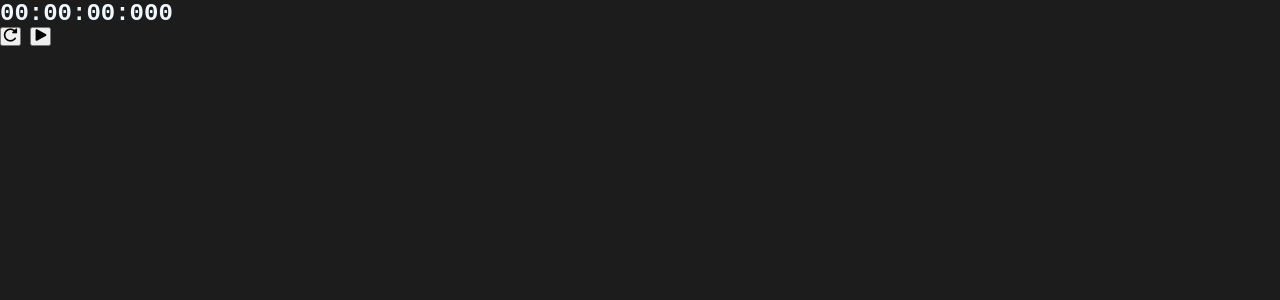
Repository: ValdemarCaculo/TEMPORIZADOR
Page: index.html
These files come from the project's save history. The page is drawn as it stood at one moment and after a run of saves; the edit follows.
The browser window is 1280 px wide. The pictures show the whole page.
Some web libraries are served in a nearby version.

Above is the page before, as saved 2025-12-06 14:14:35.

### index.html
<!DOCTYPE html>
<html lang="en">

<head>
    <meta charset="UTF-8">
    <meta name="viewport" content="width=device-width, initial-scale=1.0">
    <link rel="stylesheet" href="/CSS/style.css">
    <link rel="stylesheet" href="https://cdnjs.cloudflare.com/ajax/libs/font-awesome/7.0.1/css/all.min.css" integrity="sha512-2SwdPD6INVrV/lHTZbO2nodKhrnDdJK9/kg2XD1r9uGqPo1cUbujc+IYdlYdEErWNu69gVcYgdxlmVmzTWnetw==" crossorigin="anonymous" referrerpolicy="no-referrer" />
    <title>Temporizador</title>
</head>

<body>
    <div class="contador">

        <h2 id="time">00:00:00:000</h2>
    </div>

    <div class="content">

        <button id="reset">
            <i class="fa-solid fa-rotate-right"></i>
        </button>
        <button id="inicio" action="start"><i class="fa-solid fa-play"></i></button>

    </div>

</body>

</html>

### CSS/style.css
* {
    margin: 0;
    padding: 0;
    box-sizing: border-box;
    font-family: 'Courier New', Courier, monospace;
}

body {
    display: flex;
    flex-direction: column;
    background-color: #1c1c1c;
    color: aliceblue;
}

After the next 2 saves:
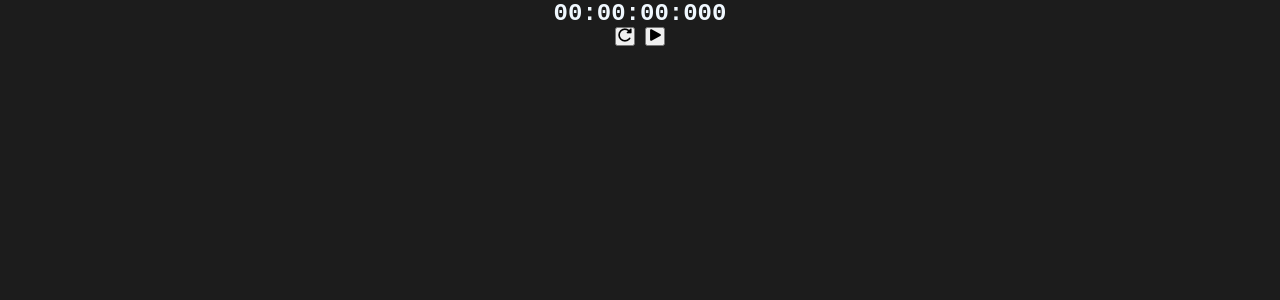
The 2 saves are shown as one change because they came seconds apart.
The last was saved 20 s later.
--- a/CSS/style.css
+++ b/CSS/style.css
@@ -10,4 +10,5 @@ body {
     flex-direction: column;
     background-color: #1c1c1c;
     color: aliceblue;
+    align-items: center;
 }
